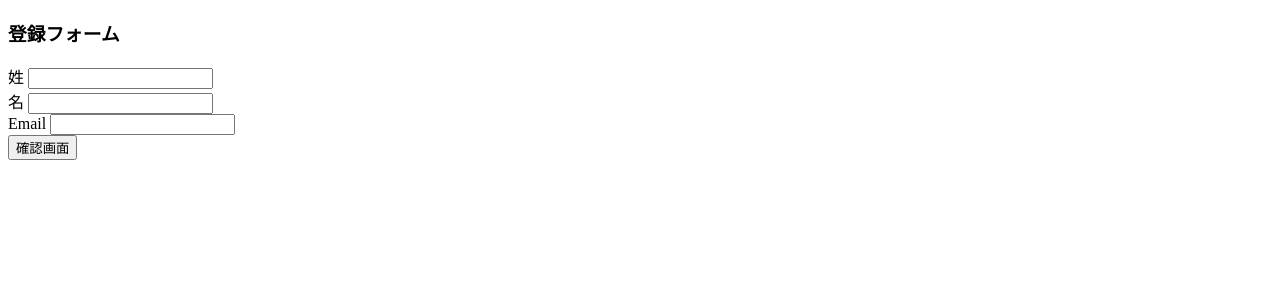
Repository: yoshiryoryo/phpform
Page: http://localhost/register.php
The author's editor kept a copy of each file at every save. The page is drawn from the files as they stood at one save, then again after the next save.
The browser window is 1280 px wide. The pictures show the whole page.
The page is run by PHP 8.4 with error messages shown; the project is at /var/www/html/.

Above is the page before, as saved 2021-02-24 11:23:51.
Console error: SyntaxError: Identifier 'name_error_message' has already been declared

After the next save:
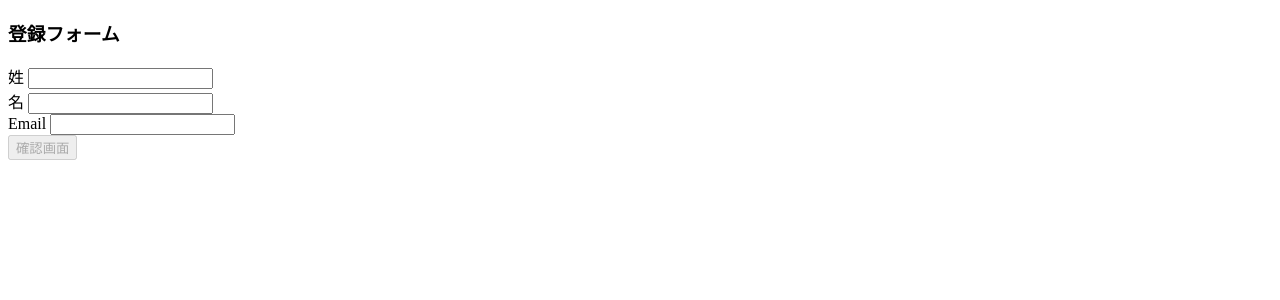
The error is gone.
Saved 57 s later.
--- a/register.php
+++ b/register.php
@@ -66,7 +66,7 @@
         const name_2 = document.getElementById("name_2");
         const email = document.getElementById("email");
         //error message
-        const name_error_message = document.getElementById("name_1-error-message")
+        const name_1_error_message = document.getElementById("name_1-error-message")
         const name_error_message = document.getElementById("name_2-error-message")
         const email_error_message = document.getElementById("email-error-message")
         //button
